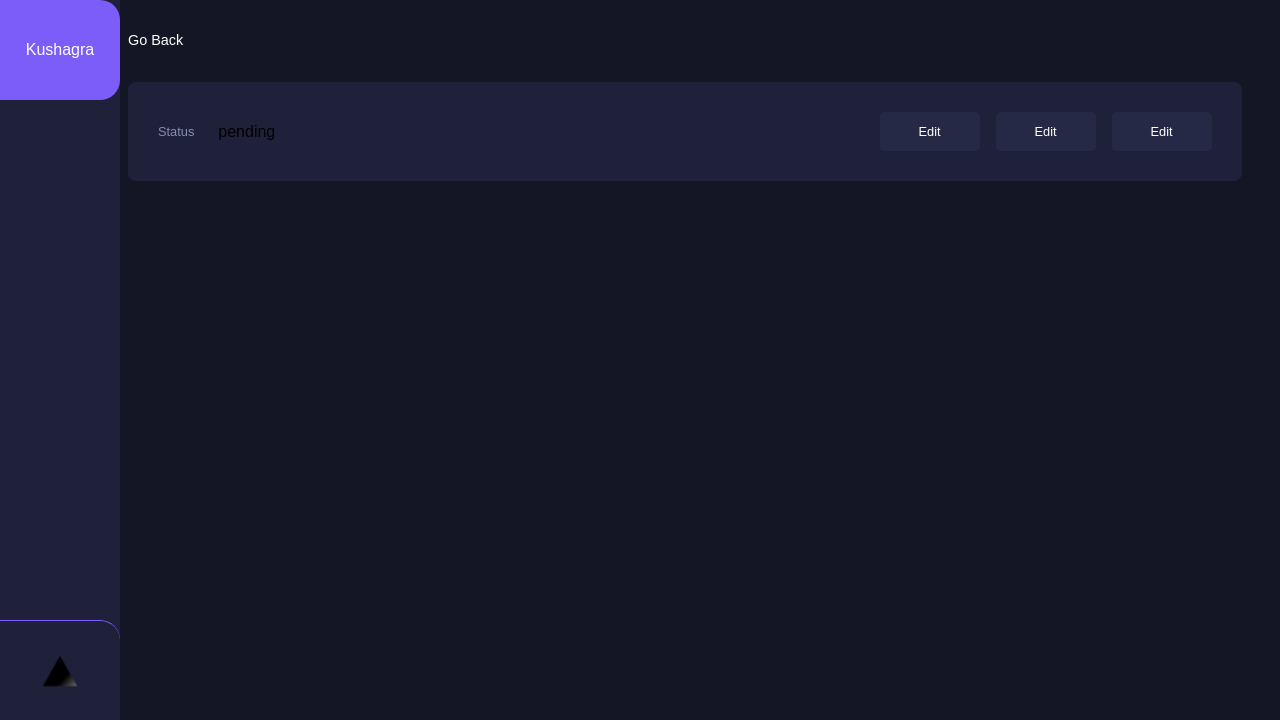
Repository: kushagrasaxena061/Invoice
Page: /invoices/id
The author's editor kept a copy of each file at every save. The page is drawn from the files as they stood at one save, then again after the next save.
The browser window is 1280 px wide. The pictures show the whole page.
The project was rebuilt for these pictures with package versions that can differ from the ones it lists, and the page was loaded fresh each time. The framework's server and built-in components were replaced by stand-ins that run in the browser. Also part of the build but not shown: next.config.js.

Above is the page before, as saved 2022-10-29 15:48:36.

After the next save:
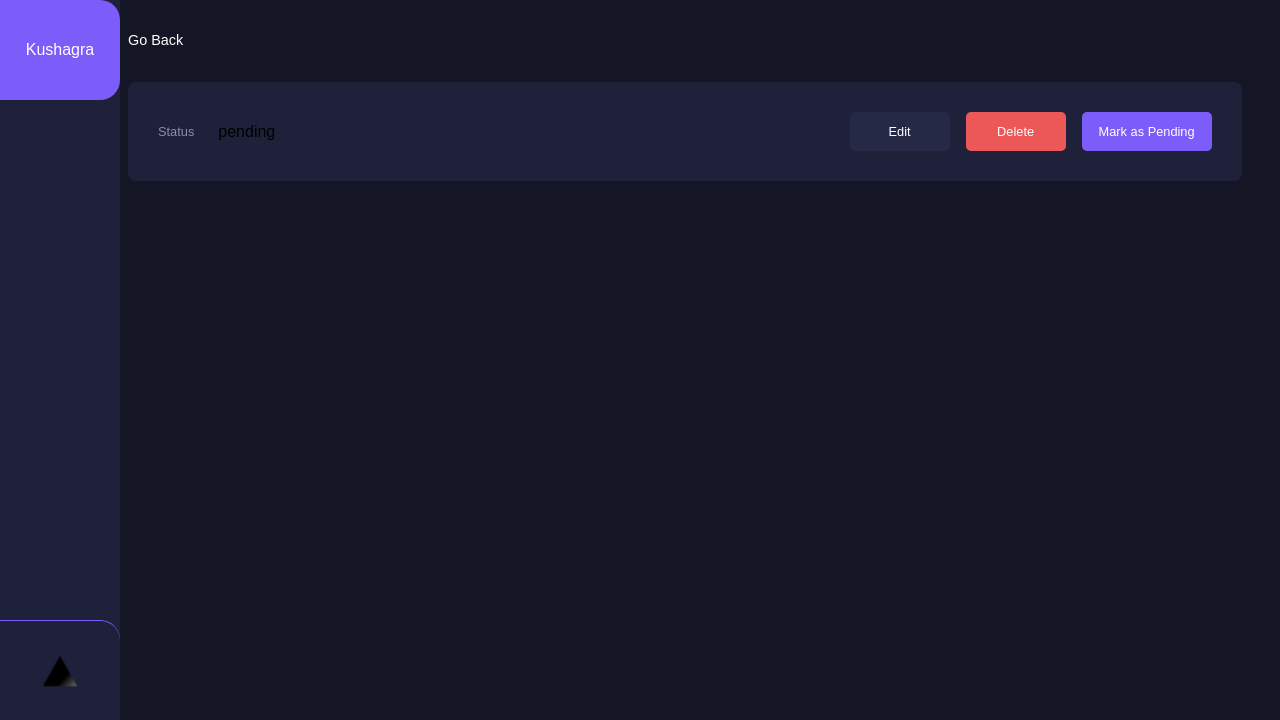
Saved 37 s later.
--- a/pages/invoices/[invoiceId]/index.js
+++ b/pages/invoices/[invoiceId]/index.js
@@ -24,16 +24,16 @@ export default function index() {
               Edit
             </button>
             <button
-              className="edit__btn"
+              className="delete__btn"
 
             >
-              Edit
+              Delete
             </button>
             <button
-              className="edit__btn"
+              className="mark__as-btn"
 
             >
-              Edit
+              Mark as Pending
             </button>
           </div>
         </div>
